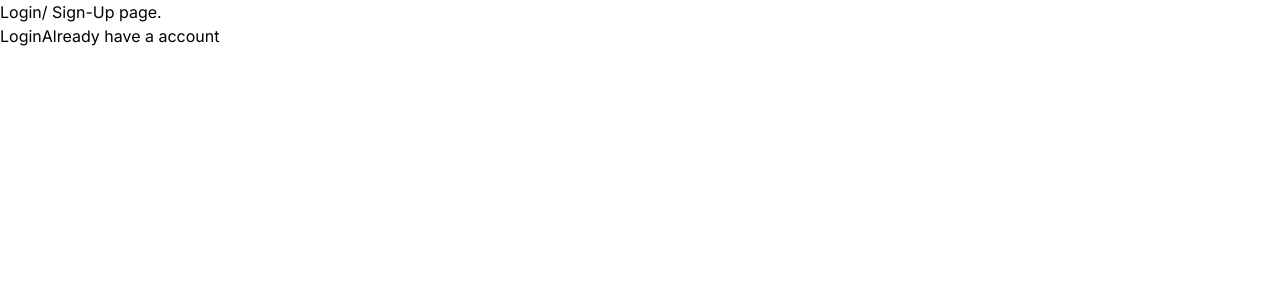
Repository: its-kundan/food-on-time
Page: /restaurant
An editor plug-in stored every save of this project. The page is shown before and after the next save, followed by the edit.
The browser window is 1280 px wide. The pictures show the whole page.
The project was rebuilt for these pictures with package versions that can differ from the ones it lists, and the page was loaded fresh each time. The framework's server and built-in components were replaced by stand-ins that run in the browser. Also part of the build but not shown: next.config.mjs, src/app/_components/SignUp.jsx.

Above is the page before, as saved 2024-07-24 17:42:34.

### src/app/restaurant/page.js
/* disable eslint */
"use client"
import React from 'react'
import { useState } from 'react';

import Login from '@/app/_components/Login'
import Signup from '@/app/_components/Signup'

function Restaurant() {
    const [login,setLogin] = useState(true);
  return (
    <>
    <h1> Login/ Sign-Up page.</h1>

    {
        login?<Login/>:<Signup/>
    }


    <button> Already have a account</button>
    </>
  )
}

export default Restaurant

### src/app/_components/Login.jsx
import React from 'react'

function Login() {
  return (
    <>
        Login
    </>
  )
}

export default Login

Loaded but not shown: src/app/layout.js (common file); src/app/globals.css (common file); tailwind.config.js (common file)

After the next save:
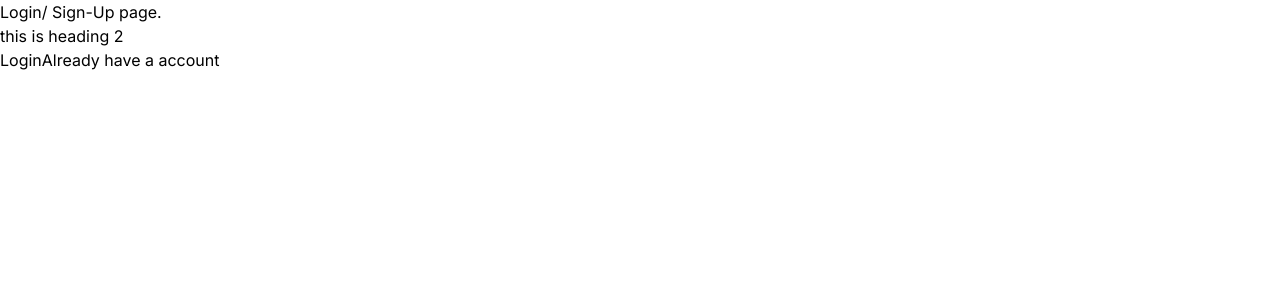
Saved 10 s later.
--- a/src/app/restaurant/page.js
+++ b/src/app/restaurant/page.js
@@ -11,7 +11,7 @@ function Restaurant() {
   return (
     <>
     <h1> Login/ Sign-Up page.</h1>
-
+    <h2> this is heading 2</h2>
     {
         login?<Login/>:<Signup/>
     }
